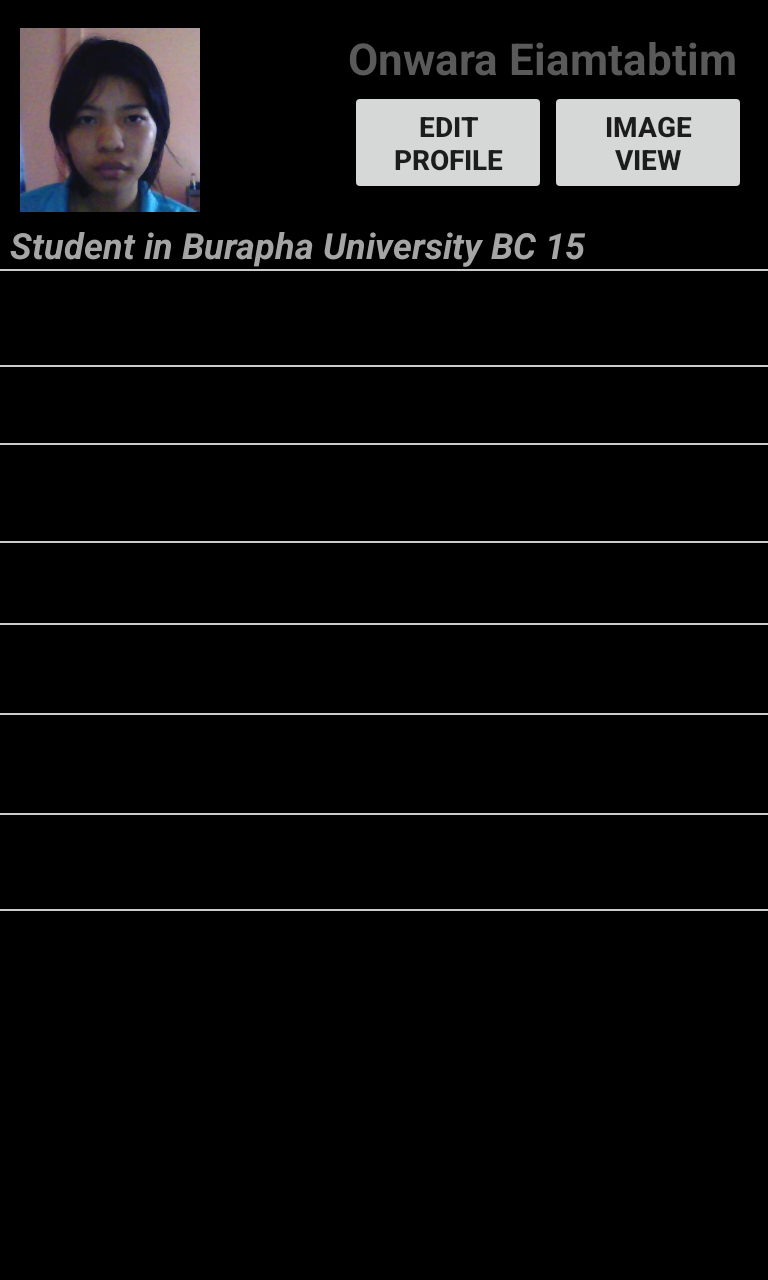
Repository: Android55410599/PROFILE
Layout: Resume_55410559/res/layout/activity_main.xml
An editor plug-in stored every save of this project. The layout is shown before and after the next save, followed by the edit.
It is drawn on a 768 x 1280 px phone screen (xhdpi) without system bars, with theme AppTheme; the app's code is not run.

Above is the layout before, as saved 2014-09-03 13:55:27.

After the next save:
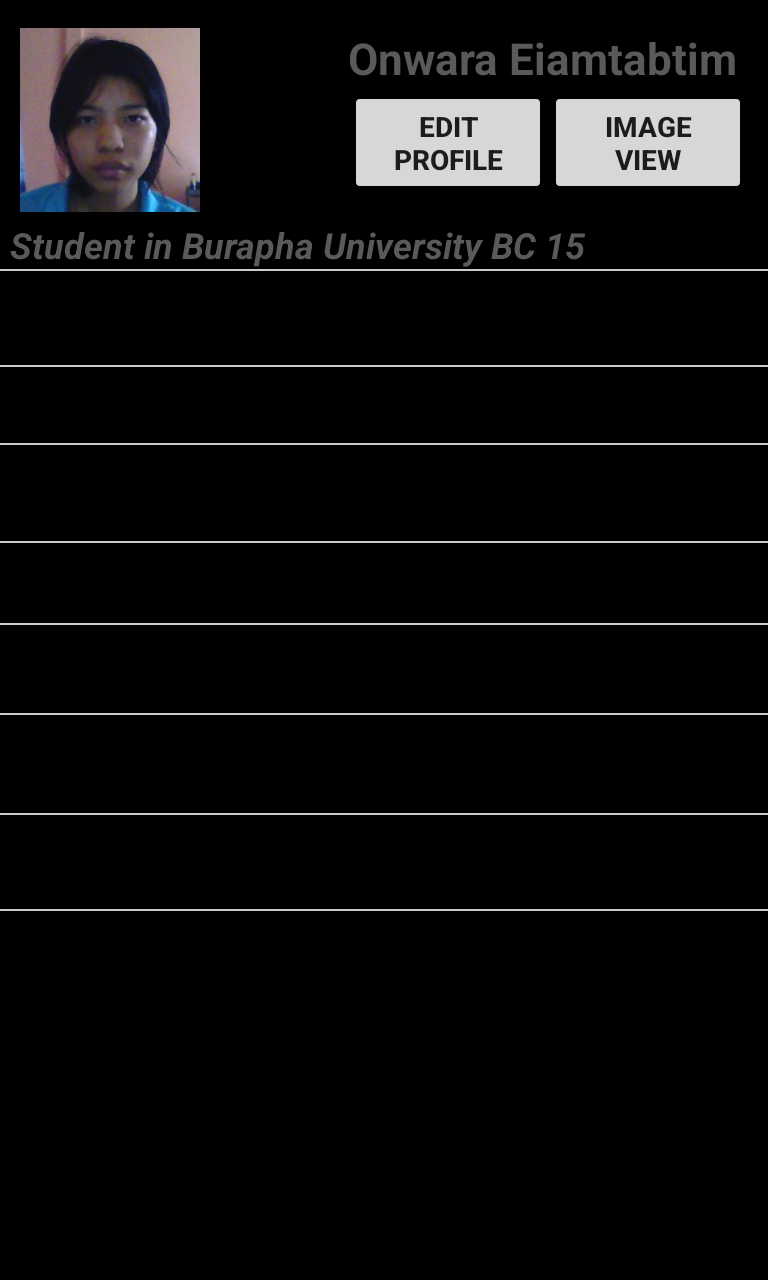
Saved 16 s later.
--- a/Resume_55410559/res/layout/activity_main.xml
+++ b/Resume_55410559/res/layout/activity_main.xml
@@ -71,7 +71,7 @@
             android:layout_marginLeft="5dp"
             android:text="Student in Burapha University BC 15"
             android:textAppearance="?android:attr/textAppearanceMedium"
-            android:textColor="#A5A5A5"
+            android:textColor="#5A5A5A"
             android:textStyle="bold|italic" />
 
     </LinearLayout>
